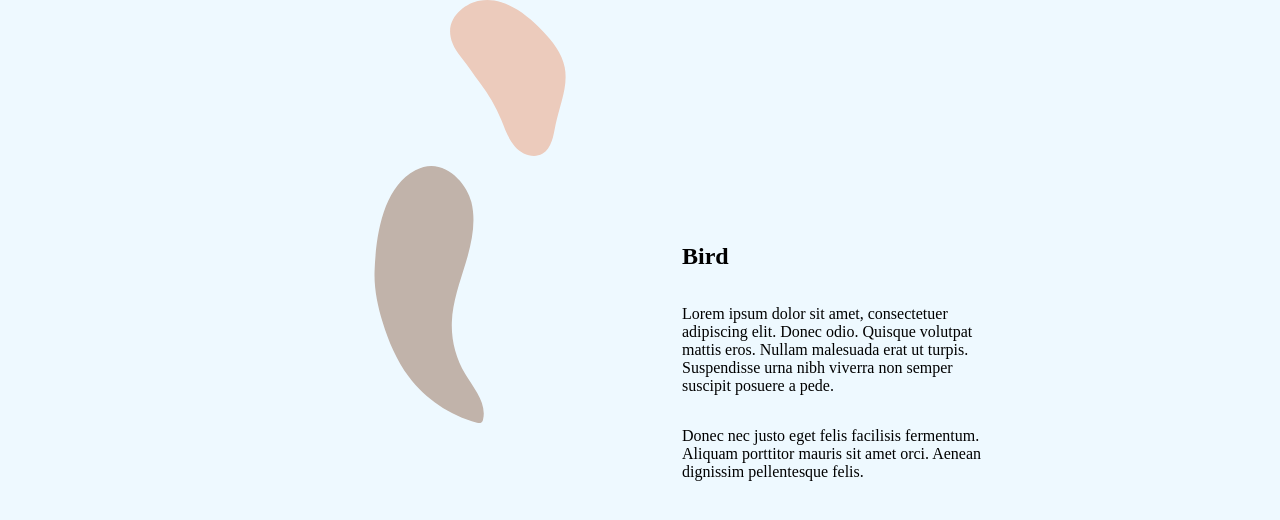
Repository: sebastiann88/svg-animals
Page: index.html
These files come from the project's save history. The page is drawn as it stood at one moment and after the next save; the edit follows.
The browser window is 1280 px wide. The pictures show the window.
A layer covers the whole window, so only the first screen is drawn.

Above is the page before, as saved 2024-09-05 04:07:19.

After the next save:
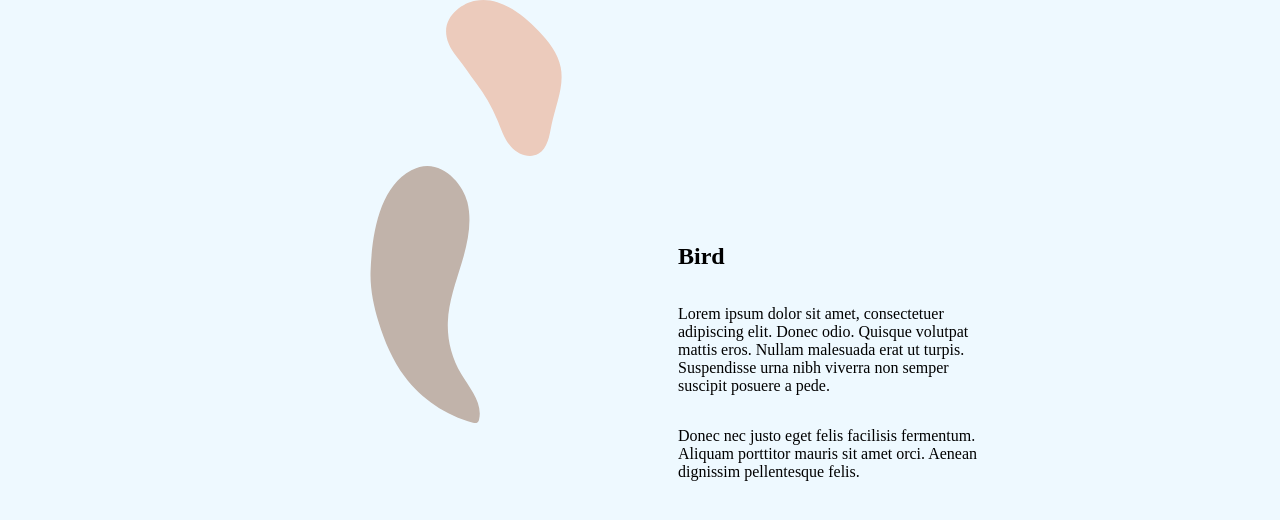
Saved 32 s later.
--- a/css/style.css
+++ b/css/style.css
@@ -5,7 +5,7 @@ body {
 }
 
 main {
-	transform: translateX(42px);
+	transform: translateX(38px);
 }
 
 .line-container {
